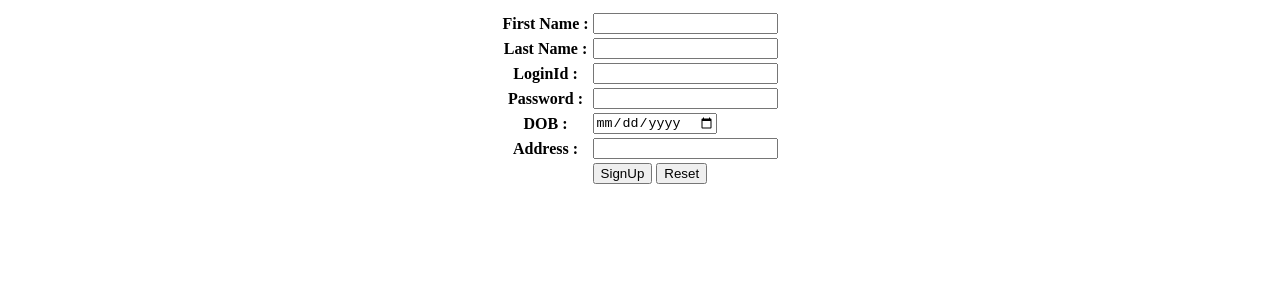
Repository: Jatdevta/AdvanceJava
Page: http://localhost/DynamicProject/UserRegistration.jsp
The author's editor kept a copy of each file at every save. The page is drawn from the files as they stood at one save, then again after the next save.
The browser window is 1280 px wide. The pictures show the whole page.
The page is served by Tomcat 9.

Above is the page before, as saved 2023-08-17 12:42:30.

After the next save:
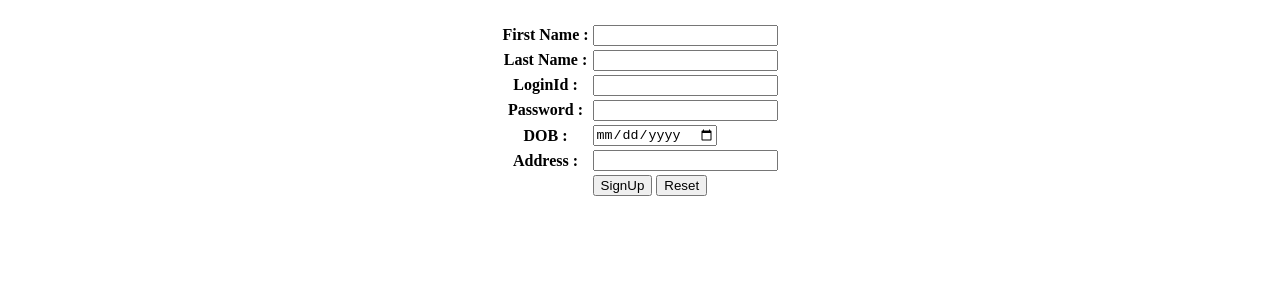
Saved 2 h 3 min later.
--- a/Advancejava/DynamicProject/WebContent/UserRegistration.jsp
+++ b/Advancejava/DynamicProject/WebContent/UserRegistration.jsp
@@ -23,7 +23,7 @@
 					}
 				%>
 			</tr>
-			<tr>
+			<tr> <h2 style="color:red">
 				<th>First Name :</th>
 				<td><input type="text" name="firstName"></td>
 			</tr>

After the save that followed:
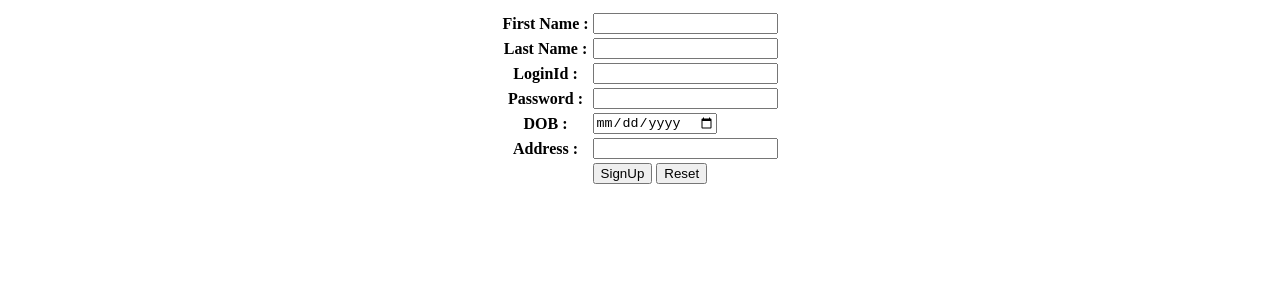
Saved 2 min 40 s later.
--- a/Advancejava/DynamicProject/WebContent/UserRegistration.jsp
+++ b/Advancejava/DynamicProject/WebContent/UserRegistration.jsp
@@ -23,7 +23,7 @@
 					}
 				%>
 			</tr>
-			<tr> <h2 style="color:red">
+			<tr>
 				<th>First Name :</th>
 				<td><input type="text" name="firstName"></td>
 			</tr>
